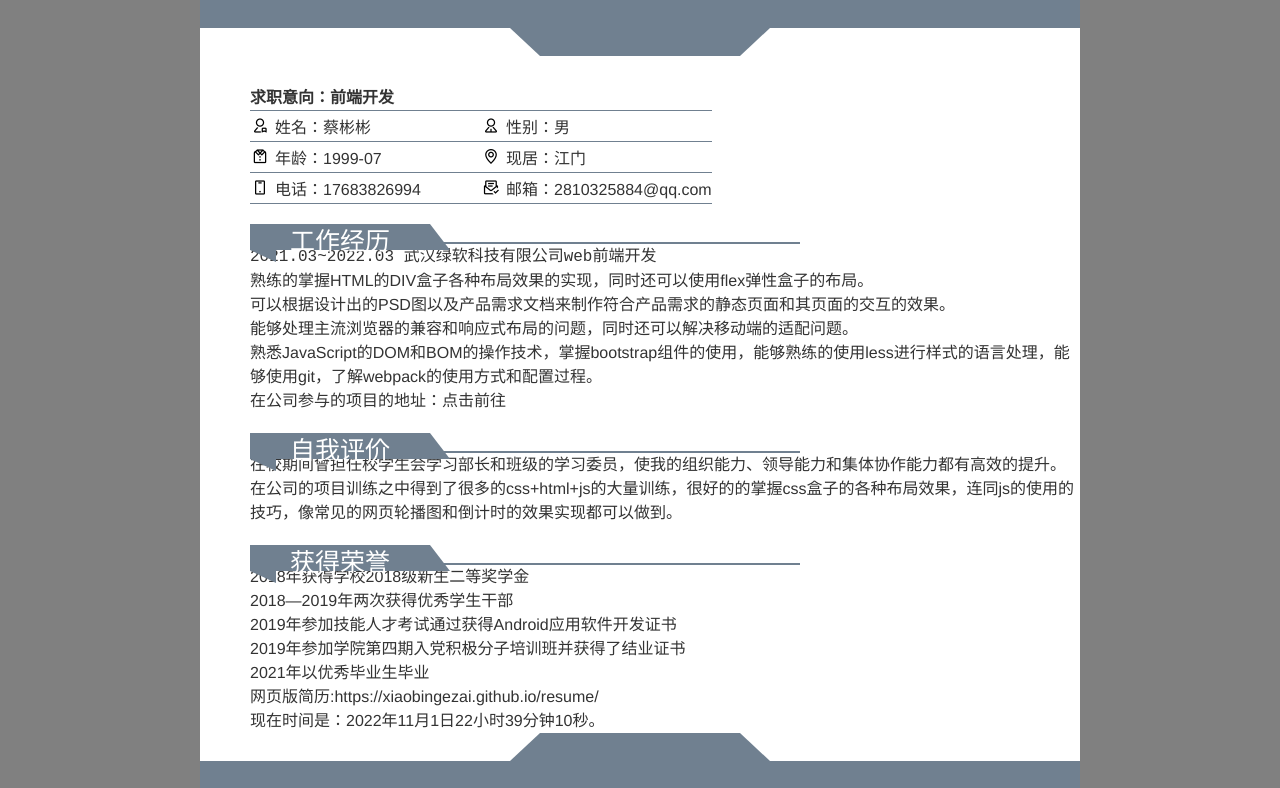
Repository: xiaobingezai/resume
Page: index.html
These files come from the project's save history. The page is drawn as it stood at one moment and after the next save; the edit follows.
The browser window is 1280 px wide. The pictures show the whole page.

Above is the page before, as saved 2022-11-03 00:06:04.

### index.html
<!DOCTYPE html>
<html lang="en">

<head>
    <meta charset="UTF-8">
    <meta http-equiv="X-UA-Compatible" content="IE=edge">
    <meta name="viewport" content="width=device-width, initial-scale=1.0">
    <title>Document</title>
    <link rel="stylesheet" href="css/index.css">
    <link rel="stylesheet" href="./iconfont/iconfont.css">
</head>

<body>
    <div class="wrapper" id="zhengTi">
        <div class="tiXing1"></div>
        <div id="head">
            <!-- 个人信息 -->
            <div class="geRenXinXi">
                <ul>
                    <li><h4>求职意向：前端开发</h4></li>
                    <li><div></span><span class="iconfont icon-office-supplies"></span><span>姓名：蔡彬彬</span></div><div></span><span class="iconfont icon-bussiness-man"></span>性别：男<span></span></div></li>
                    <li><div></span><span class="iconfont icon-apparel"></span><span>年龄：1999-07</span></div><div></span><span class="iconfont icon-map"></span><span>现居：江门</span></div></li>
                    <li><div></span><span class="iconfont icon-mobile-phone"></span><span>电话：17683826994</span></div><div></span><span class="iconfont icon-tradealert"></span><span>邮箱：2810325884@qq.com</span></div></li>
                </ul>
            </div>
            <!-- 教育背景 -->
            <div id="content" class="clearfix">
                <div class="gongZuoJingLi1">
                </div>
                <div class="gongZuoJingLi">
                    <div class="zhuangShiTuPian"><samp>工作经历</samp></div>

                    <ul class="gongZuoJingLi2">
                        <div class="gongZuo">
                            <samp>2021.03~2022.03 </samp><samp>武汉绿软科技有限公司</samp><samp>web前端开发</samp>
                        </div>
                        <li>熟练的掌握HTML的DIV盒子各种布局效果的实现，同时还可以使用flex弹性盒子的布局。</li>
                        <li>可以根据设计出的PSD图以及产品需求文档来制作符合产品需求的静态页面和其页面的交互的效果。</li>
                        <li>能够处理主流浏览器的兼容和响应式布局的问题，同时还可以解决移动端的适配问题。</li>
                        <li>熟悉JavaScript的DOM和BOM的操作技术，掌握bootstrap组件的使用，能够熟练的使用less进行样式的语言处理，能够使用git，了解webpack的使用方式和配置过程。</li>
                        <li>在公司参与的项目的地址：<a href="http://www.downyi.com/" target="blank">点击前往</a></li>
                    </ul>
                </div>
            </div>
            <div id="tail" class="clearfix">
                <div class="diBu1">
                    <div class="zhuangShiTuPian"><samp>自我评价</samp></div>
                    <ul>
                        <li>在校期间曾担任校学生会学习部长和班级的学习委员，使我的组织能力、领导能力和集体协作能力都有高效的提升。</li>
                        <li>在公司的项目训练之中得到了很多的css+html+js的大量训练，很好的的掌握css盒子的各种布局效果，连同js的使用的技巧，像常见的网页轮播图和倒计时的效果实现都可以做到。</li>
                    </ul>
                </div>
                <div class="diBu2">
                    <div class="zhuangShiTuPian"><samp>获得荣誉</samp></div>
                    <ul>
                        <li>2018年获得学校2018级新生二等奖学金</li>
                        <li>2018—2019年两次获得优秀学生干部</li>
                        <li>2019年参加技能人才考试通过获得Android应用软件开发证书</li>
                        <li>2019年参加学院第四期入党积极分子培训班并获得了结业证书</li>
                        <li>2021年以优秀毕业生毕业</li>
                    </ul>
                </div>
                <div id="jianLi">
                    <p >网页版简历:<a href="https://xiaobingezai.github.io/resume/" target="blank">https://xiaobingezai.github.io/resume/</a></p>
                    <div class="daoJiShi"></div>
                </div>
            </div>
        </div>

        <!-- 底部 -->
        <div class="tiXing2"></div>
    </div>
    <script src="./js/index.js"></script>
</body>

</html>

### css/index.css
/* 清除默认样式的代码 */
/* 去除常见标签默认的 margin 和 padding */
body,
h1,
h2,
h3,
h4,
h5,
h6,
p,
ul,
ol,
li,
dl,
dt,
dd,
input {
    margin: 0;
    padding: 0;
}

/* 內减模式 */
* {
    box-sizing: border-box;
}

/* 设置网页统一的字体大小、行高、字体系列相关属性 */
body {
    font: 16px/1.5 "Helvetica Neue", Helvetica, Arial, "Microsoft Yahei",
        "Hiragino Sans GB", "Heiti SC", "WenQuanYi Micro Hei", sans-serif;
    color: #333;
}

/* 去除列表默认样式 */
ul,
ol {
    list-style: none;
}

/* 去除默认的倾斜效果 */
em,
i {
    font-style: normal;
}

/* 去除a标签默认下划线，并设置默认文字颜色 */
a {
    text-decoration: none;
    color: #333;
}

/* 设置img的垂直对齐方式为居中对齐，去除img默认下间隙 */
img {
    vertical-align: middle;
}

/* 去除input默认样式 */
input {
    border: none;
    outline: none;
    color: #333;
}

/* 左浮动 */
.fl {
    float: left;
}

/* 右浮动 */
.fr {
    float: right;
}

/* 双伪元素清除法 */
.clearfix::before,
.clearfix::after {
    content: "";
    display: table;
}

.clearfix::after {
    clear: both;
}

/* 版心居中 */
.wrapper {
    width: 880px;
    margin: 0 auto;
}

body{
    background-color: rgba(128, 128,128);
}
/* 装饰横条背景 */
.zhuangShiTuPian {
    position: relative;
    text-align: center;
    line-height: 40px;
    font-size: 25px;
    color: #fff;
    width: 550px;
    height: 40px;
    border-bottom: 2px solid #708090;
}
.zhuangShiTuPian::after {
    content: '';
    position: absolute;
    left: 0px;
    width: 0;
    height: 0;
    border-width: 0 26px 12px 0;
    border-style: solid;
    border-color: transparent #708090;
}
.zhuangShiTuPian samp {
    display: block;
    width: 200px;
    height: 0;
    padding-top: 20px;
    border-bottom: 26px solid #708090;
    border-right: 20px solid transparent;
}

/* 最外层的盒子的样式设置 */
#zhengTi {
    background-color: #fff;
    border-top: 28px solid #708090 ;
    border-bottom: 28px solid #708090 ;
}
#zhengTi .tiXing1 {
    width: 260px;
    height: 0;
    margin: 0 auto;
    border-top: 28px solid #708090;
    border-left: 30px solid transparent;
    border-right: 30px solid transparent;
}
#zhengTi .tiXing2 {
    width: 260px;
    height: 0;
    margin: 0 auto;
    border-bottom: 28px solid #708090;
    border-left: 30px solid transparent;
    border-right: 30px solid transparent;
}

/* head的区域 */
#zhengTi #head {
    margin-left: 50px;
}
/* 个人信息 */
#zhengTi #head .geRenXinXi {
    margin-top: 30px;
}
#zhengTi #head .geRenXinXi li{
    width: 462px;
    border-bottom: 1px solid #708090;
}
#zhengTi #head .geRenXinXi li .iconfont {
    font-size: 20px;
    color: #000;
    margin-right: 5px;
}
#zhengTi #head .geRenXinXi li {
    display: flex;
}
#zhengTi #head .geRenXinXi li div {
    flex: 1;
}

### iconfont/iconfont.css
@font-face {
  font-family: "iconfont"; /* Project id 3746240 */
  src: url('iconfont.woff2?t=1667411973755') format('woff2'),
       url('iconfont.woff?t=1667411973755') format('woff'),
       url('iconfont.ttf?t=1667411973755') format('truetype');
}

.iconfont {
  font-family: "iconfont" !important;
  font-size: 16px;
  font-style: normal;
  -webkit-font-smoothing: antialiased;
  -moz-osx-font-smoothing: grayscale;
}

.icon-Similarproducts:before {
  content: "\e766";
}

.icon-trust:before {
  content: "\e76b";
}

.icon-viewlist:before {
  content: "\e76d";
}

.icon-usercenter:before {
  content: "\e773";
}

.icon-bussiness-man:before {
  content: "\e6ef";
}

.icon-apparel:before {
  content: "\e743";
}

.icon-mobile-phone:before {
  content: "\e759";
}

.icon-map:before {
  content: "\e758";
}

.icon-office-supplies:before {
  content: "\e75a";
}

.icon-tradealert:before {
  content: "\e76a";
}

### js/index.js
let daoJiShi = document.querySelector('.daoJiShi');
            shiJian();
            function shiJian() {
                let time = new Date();
                let nian = time.getFullYear();
                let yue = time.getMonth();
                let ri = time.getDate();
                let h = time.getHours();
                let m = time.getMinutes();
                let s = time.getSeconds();
                let dangQianShiJian = '现在时间是：' + +nian + '年' + (yue + 1) + '月' + ri + '日' + h + '小时' + m + '分钟' + s + '秒' +
                    '。';
                daoJiShi.innerHTML = dangQianShiJian;
            }
            setInterval('shiJian()', 1000);

After the next save:
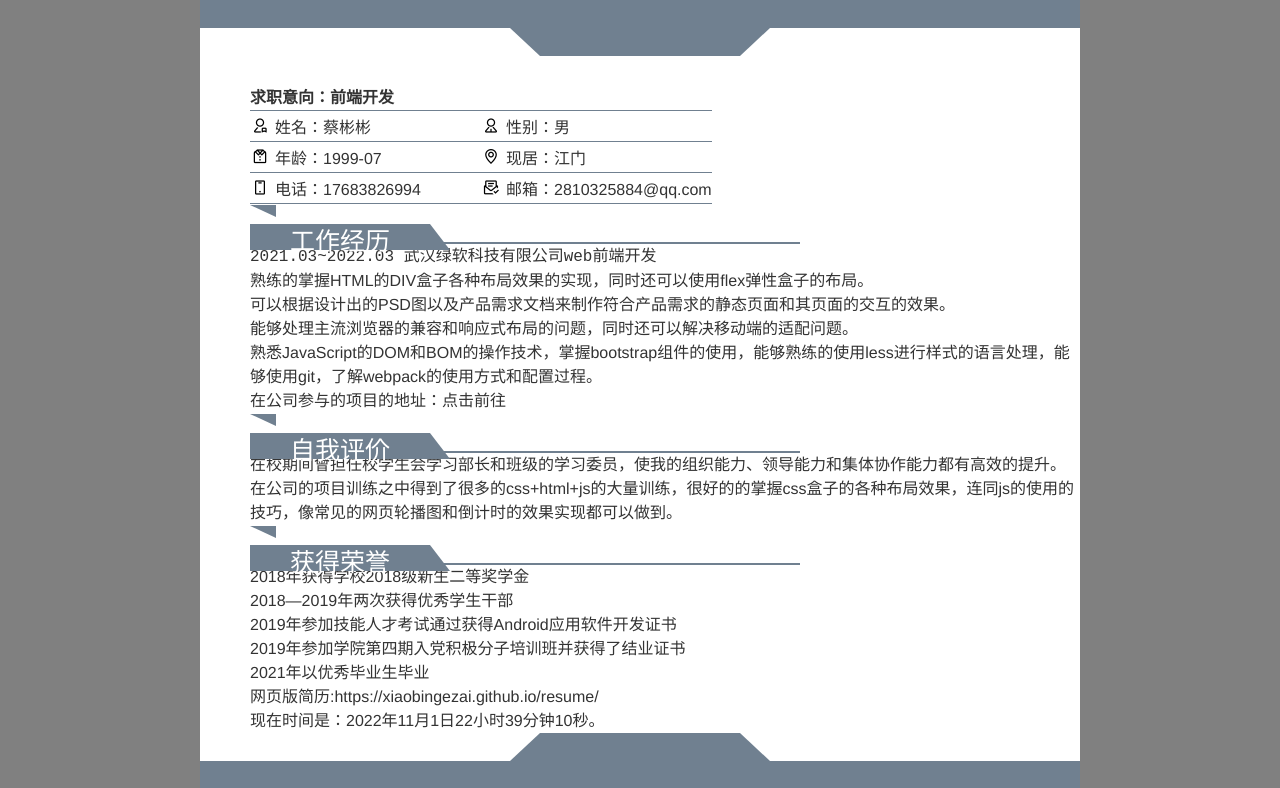
Saved 67 s later.
--- a/css/index.css
+++ b/css/index.css
@@ -106,6 +106,7 @@ body{
     content: '';
     position: absolute;
     left: 0px;
+    top: 1px;
     width: 0;
     height: 0;
     border-width: 0 26px 12px 0;
